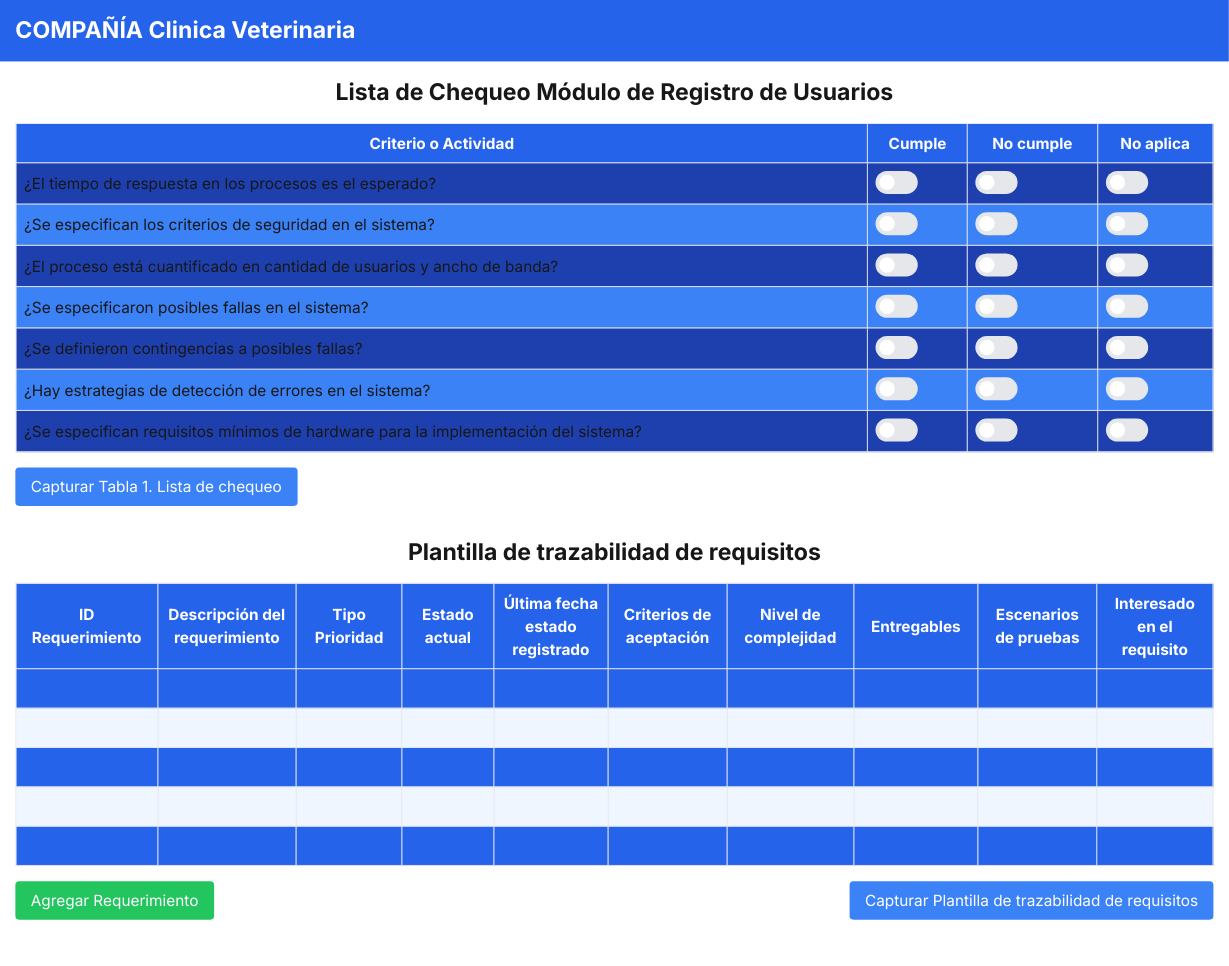
Repository: CiroAlfa/lista-de-Chequeo
Page: /
These files come from the project's save history. The page is drawn as it stood at one moment and after the next save; the edit follows.
The browser window is 1280 px wide. The pictures show the whole page, at 96% of full size.
The project was rebuilt for these pictures with package versions that can differ from the ones it lists, and the page was loaded fresh each time. The framework's server and built-in components were replaced by stand-ins that run in the browser. Also part of the build but not shown: next.config.mjs.

Above is the page before, as saved 2024-09-27 13:15:25.

### src/app/layout.tsx
import './globals.css'
import type { Metadata } from 'next'
import { Inter } from 'next/font/google'

const inter = Inter({ subsets: ['latin'] })

export const metadata: Metadata = {
  title: 'Checklist App - Clinica Veterinaria',
  description: 'Aplicación de chequeo y trazabilidad de requisitos',
}

export default function RootLayout({
  children,
}: {
  children: React.ReactNode
}) {
  return (
    <html lang="es">
      <body className={inter.className}>
        <header className="bg-blue-600 text-white p-4">
          <h1 className="text-2xl font-bold">COMPAÑÍA Clinica Veterinaria</h1>
        </header>
        {children}
      </body>
    </html>
  )
}

### src/app/page.tsx
'use client'

import { useState } from 'react'
import { Switch } from '@headlessui/react'
import html2canvas from 'html2canvas'

interface ChecklistItem {
  id: number
  criteria: string
  cumple: boolean
  noCumple: boolean
  noAplica: boolean
}

interface RequirementItem {
  id: string
  description: string
  priority: string
  status: string
  lastUpdated: string
  acceptanceCriteria: string
  complexity: string
  deliverables: string
  testScenarios: string
  stakeholder: string
}

const initialChecklist: ChecklistItem[] = [
  { id: 1, criteria: '¿El tiempo de respuesta en los procesos es el esperado?', cumple: false, noCumple: false, noAplica: false },
  { id: 2, criteria: '¿Se especifican los criterios de seguridad en el sistema?', cumple: false, noCumple: false, noAplica: false },
  { id: 3, criteria: '¿El proceso está cuantificado en cantidad de usuarios y ancho de banda?', cumple: false, noCumple: false, noAplica: false },
  { id: 4, criteria: '¿Se especificaron posibles fallas en el sistema?', cumple: false, noCumple: false, noAplica: false },
  { id: 5, criteria: '¿Se definieron contingencias a posibles fallas?', cumple: false, noCumple: false, noAplica: false },
  { id: 6, criteria: '¿Hay estrategias de detección de errores en el sistema?', cumple: false, noCumple: false, noAplica: false },
  { id: 7, criteria: '¿Se especifican requisitos mínimos de hardware para la implementación del sistema?', cumple: false, noCumple: false, noAplica: false },
]

const initialRequirements: RequirementItem[] = Array(5).fill(null).map((_, index) => ({
  id: ``,
  description: '',
  priority: '',
  status: '',
  lastUpdated: '',
  acceptanceCriteria: '',
  complexity: '',
  deliverables: '',
  testScenarios: '',
  stakeholder: '',
}))

export default function Home() {
  const [checklist, setChecklist] = useState<ChecklistItem[]>(initialChecklist)
  const [requirements, setRequirements] = useState<RequirementItem[]>(initialRequirements)

  const handleChecklistChange = (id: number, field: 'cumple' | 'noCumple' | 'noAplica') => {
    setChecklist(checklist.map(item => {
      if (item.id === id) {
        const newItem = { ...item, [field]: !item[field] }
        if (newItem[field]) {
          newItem.cumple = field === 'cumple'
          newItem.noCumple = field === 'noCumple'
          newItem.noAplica = field === 'noAplica'
        }
        return newItem
      }
      return item
    }))
  }

  const handleRequirementChange = (id: string, field: keyof RequirementItem, value: string) => {
    setRequirements(requirements.map(item =>
      item.id === id ? { ...item, [field]: value } : item
    ))
  }

  const addRequirement = () => {
    const newId = `REQ00${requirements.length + 1}`
    setRequirements([...requirements, {
      id: newId,
      description: '',
      priority: '',
      status: '',
      lastUpdated: '',
      acceptanceCriteria: '',
      complexity: '',
      deliverables: '',
      testScenarios: '',
      stakeholder: '',
    }])
  }

  const captureScreenshot = async (elementId: string, fileName: string) => {
    const element = document.getElementById(elementId)
    if (element) {
      const canvas = await html2canvas(element)
      const image = canvas.toDataURL('image/png')
      const link = document.createElement('a')
      link.href = image
      link.download = fileName
      link.click()
    }
  }

  return (
    <main className="container mx-auto p-4">
      <div className="mb-8" id="checklist-table">
        <h2 className="text-2xl font-bold mb-4 text-center">Lista de Chequeo Módulo de Registro de Usuarios</h2>
        <table className="w-full border-collapse">
          <thead>
            <tr className="bg-blue-600 text-white">
              <th className="border p-2">Criterio o Actividad</th>
              <th className="border p-2">Cumple</th>
              <th className="border p-2">No cumple</th>
              <th className="border p-2">No aplica</th>
            </tr>
          </thead>
          <tbody>
            {checklist.map((item, index) => (
              <tr key={item.id} className={index % 2 === 0 ? 'bg-blue-800' : 'bg-blue-500'}>
                <td className="border p-2">{item.criteria}</td>
                <td className="border p-2">
                  <Switch
                    checked={item.cumple}
                    onChange={() => handleChecklistChange(item.id, 'cumple')}
                    className={`${item.cumple ? 'bg-blue-600' : 'bg-gray-200'} relative inline-flex h-6 w-11 items-center rounded-full`}
                  >
                    <span className={`${item.cumple ? 'translate-x-6' : 'translate-x-1'} inline-block h-4 w-4 transform rounded-full bg-white transition`} />
                  </Switch>
                </td>
                <td className="border p-2">
                  <Switch
                    checked={item.noCumple}
                    onChange={() => handleChecklistChange(item.id, 'noCumple')}
                    className={`${item.noCumple ? 'bg-blue-600' : 'bg-gray-200'} relative inline-flex h-6 w-11 items-center rounded-full`}
                  >
                    <span className={`${item.noCumple ? 'translate-x-6' : 'translate-x-1'} inline-block h-4 w-4 transform rounded-full bg-white transition`} />
                  </Switch>
                </td>
                <td className="border p-2">
                  <Switch
                    checked={item.noAplica}
                    onChange={() => handleChecklistChange(item.id, 'noAplica')}
                    className={`${item.noAplica ? 'bg-blue-600' : 'bg-gray-200'} relative inline-flex h-6 w-11 items-center rounded-full`}
                  >
                    <span className={`${item.noAplica ? 'translate-x-6' : 'translate-x-1'} inline-block h-4 w-4 transform rounded-full bg-white transition`} />
                  </Switch>
                </td>
              </tr>
            ))}
          </tbody>
        </table>
        <button
          onClick={() => captureScreenshot('checklist-table', 'lista-de-chequeo.png')}
          className="mt-4 bg-blue-500 text-white px-4 py-2 rounded hover:bg-blue-600 transition-colors"
        >
          Capturar Tabla 1. Lista de chequeo
        </button>
      </div>

      <div className="mb-8" id="requirements-table">
        <h2 className="text-2xl font-bold mb-4 text-center">Plantilla de trazabilidad de requisitos</h2>
        <table className="w-full border-collapse">
          <thead>
            <tr className="bg-blue-600 text-white">
              <th className="border p-2">ID Requerimiento</th>
              <th className="border p-2">Descripción del requerimiento</th>
              <th className="border p-2">Tipo Prioridad</th>
              <th className="border p-2">Estado actual</th>
              <th className="border p-2">Última fecha estado registrado</th>
              <th className="border p-2">Criterios de aceptación</th>
              <th className="border p-2">Nivel de complejidad</th>
              <th className="border p-2">Entregables</th>
              <th className="border p-2">Escenarios de pruebas</th>
              <th className="border p-2">Interesado en el requisito</th>
            </tr>
          </thead>
          <tbody>
            {requirements.map((item, index) => (
              <tr key={index} className={index % 2 === 0 ? 'bg-blue-600' : 'bg-blue-50'}>
                <td className="border p-2">
                  <input
                    type="text"
                    value={item.id}
                    onChange={(e) => handleRequirementChange(item.id, 'id', e.target.value)}
                    className="w-full bg-transparent"
                  />
                </td>
                <td className="border p-2">
                  <input
                    type="text"
                    value={item.description}
                    onChange={(e) => handleRequirementChange(item.id, 'description', e.target.value)}
                    className="w-full bg-transparent"
                  />
                </td>
                <td className="border p-2">
                  <input
                    type="text"
                    value={item.priority}
                    onChange={(e) => handleRequirementChange(item.id, 'priority', e.target.value)}
                    className="w-full bg-transparent"
                  />
                </td>
                <td className="border p-2">
                  <input
                    type="text"
                    value={item.status}
                    onChange={(e) => handleRequirementChange(item.id, 'status', e.target.value)}
                    className="w-full bg-transparent"
                  />
                </td>
                <td className="border p-2">
                  <input
                    type="text"
                    value={item.lastUpdated}
                    onChange={(e) => handleRequirementChange(item.id, 'lastUpdated', e.target.value)}
                    className="w-full bg-transparent"
                  />
                </td>
                <td className="border p-2">
                  <input
                    type="text"
                    value={item.acceptanceCriteria}
                    onChange={(e) => handleRequirementChange(item.id, 'acceptanceCriteria', e.target.value)}
                    className="w-full bg-transparent"
                  />
                </td>
                <td className="border p-2">
                  <input
                    type="text"
                    value={item.complexity}
                    onChange={(e) => handleRequirementChange(item.id, 'complexity', e.target.value)}
                    className="w-full bg-transparent"
                  />
                </td>
                <td className="border p-2">
                  <input
                    type="text"
                    value={item.deliverables}
                    onChange={(e) => handleRequirementChange(item.id, 'deliverables', e.target.value)}
                    className="w-full bg-transparent"
                  />
                </td>
                <td className="border p-2">
                  <input
                    type="text"
                    value={item.testScenarios}
                    onChange={(e) => handleRequirementChange(item.id, 'testScenarios', e.target.value)}
                    className="w-full bg-transparent"
                  />
                </td>
                <td className="border p-2">
                  <input
                    type="text"
                    value={item.stakeholder}
                    onChange={(e) => handleRequirementChange(item.id, 'stakeholder', e.target.value)}
                    className="w-full bg-transparent"
                  />
                </td>
              </tr>
            ))}
          </tbody>
        </table>
        <div className="mt-4 flex justify-between">
          <button
            onClick={addRequirement}
            className="bg-green-500 text-white px-4 py-2 rounded hover:bg-green-600 transition-colors"
          >
            Agregar Requerimiento
          </button>
          <button
            onClick={() => captureScreenshot('requirements-table', 'plantilla-trazabilidad-requisitos.png')}
            className="bg-blue-500 text-white px-4 py-2 rounded hover:bg-blue-600 transition-colors"
          >
            Capturar Plantilla de trazabilidad de requisitos
          </button>
        </div>
      </div>
    </main>
  )
}

Loaded but not shown: src/app/globals.css (common file); tailwind.config.ts (common file)

After the next save:
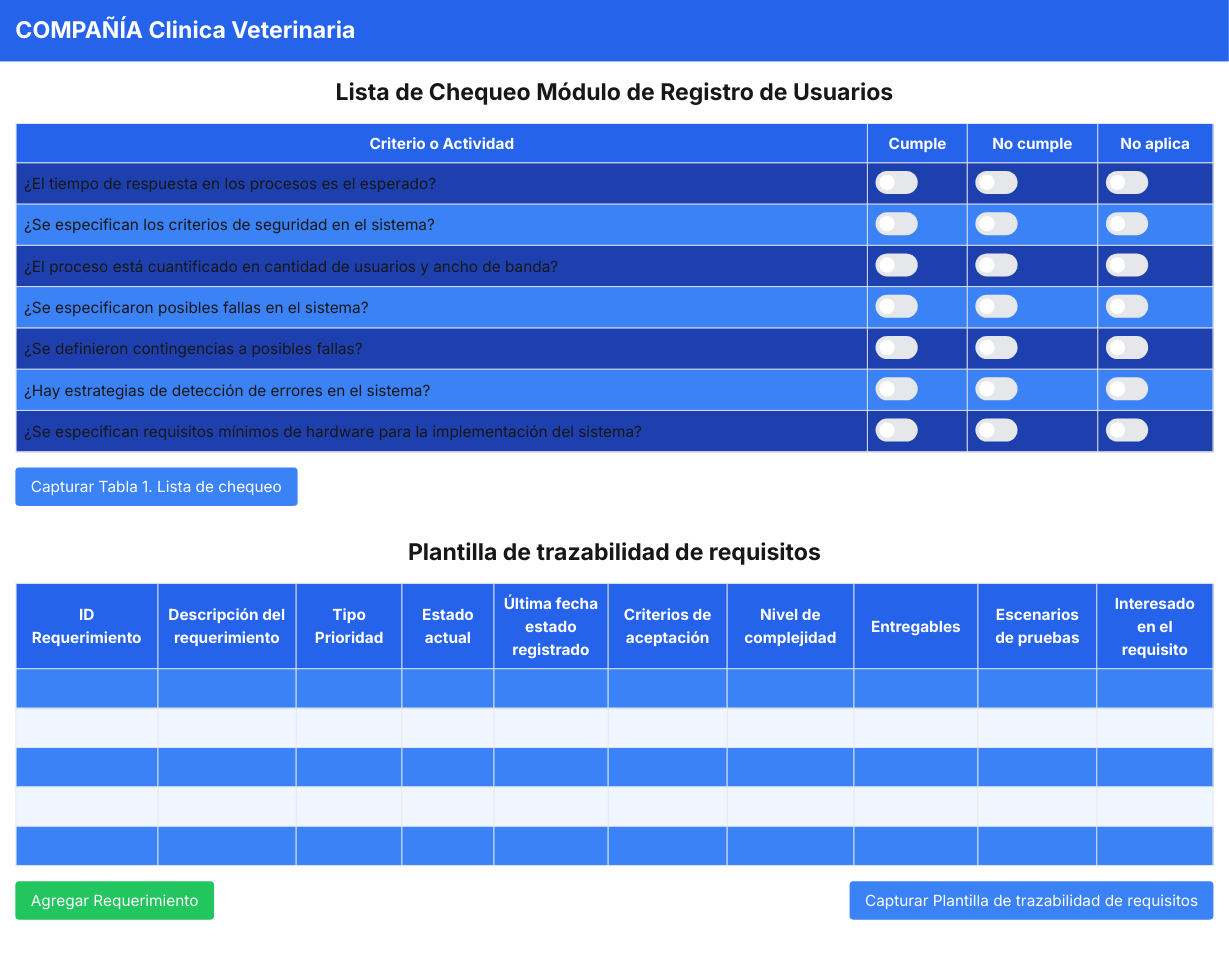
Saved 22 s later.
--- a/src/app/page.tsx
+++ b/src/app/page.tsx
@@ -176,7 +176,7 @@ export default function Home() {
           </thead>
           <tbody>
             {requirements.map((item, index) => (
-              <tr key={index} className={index % 2 === 0 ? 'bg-blue-600' : 'bg-blue-50'}>
+              <tr key={index} className={index % 2 === 0 ? 'bg-blue-500' : 'bg-blue-50'}>
                 <td className="border p-2">
                   <input
                     type="text"
